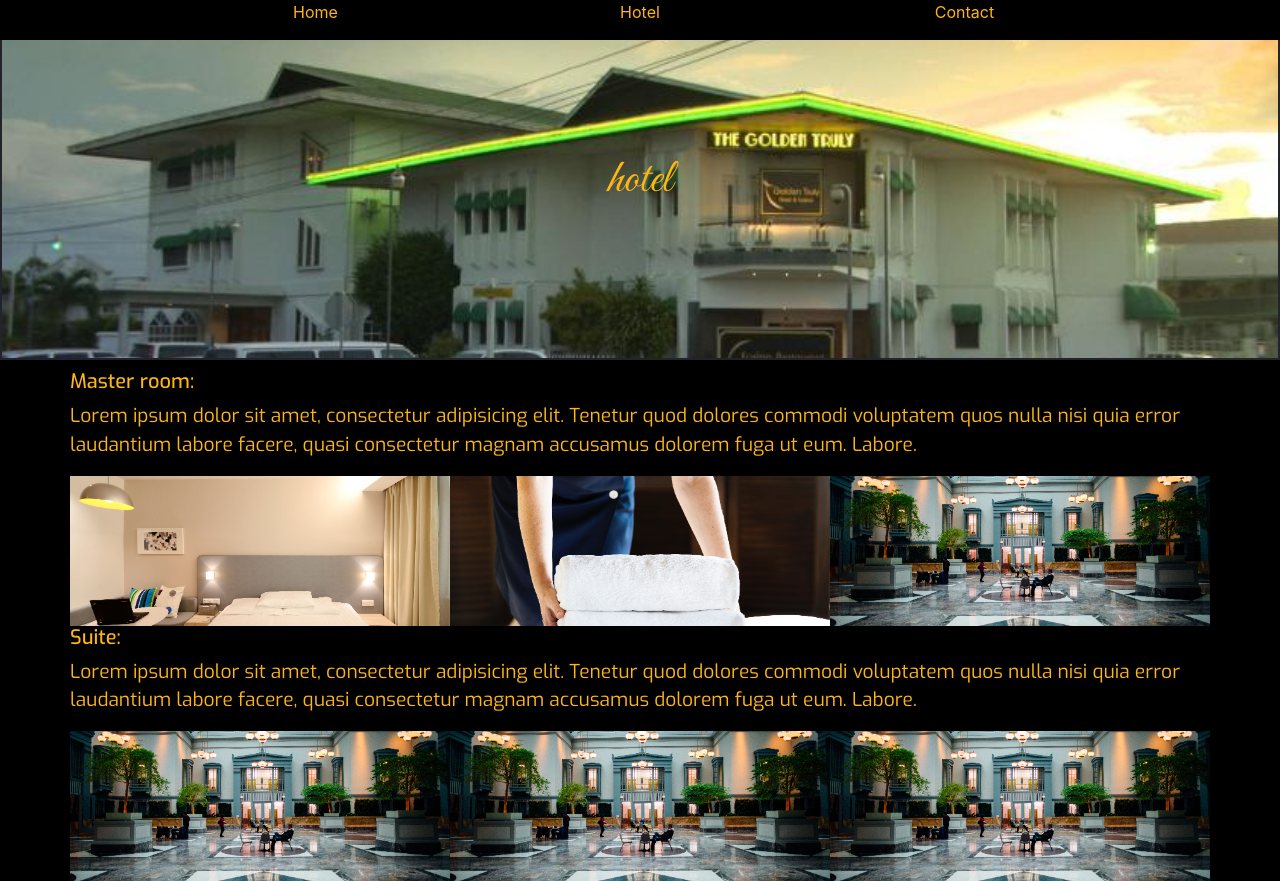
Repository: Code-Institute-Submissions/anthonycaf-Milestone1
Page: hotel.html
The author's editor kept a record of every edit. The page is drawn from the files as they stood at one moment, then again after the next edit.
The browser window is 1280 px wide. The pictures show the part of the page from y = 0 to 881 px (the page is 1482 px tall).
Pictures or frames that could not be fetched are drawn as grey boxes.

Above is the page before.

After the next edit:
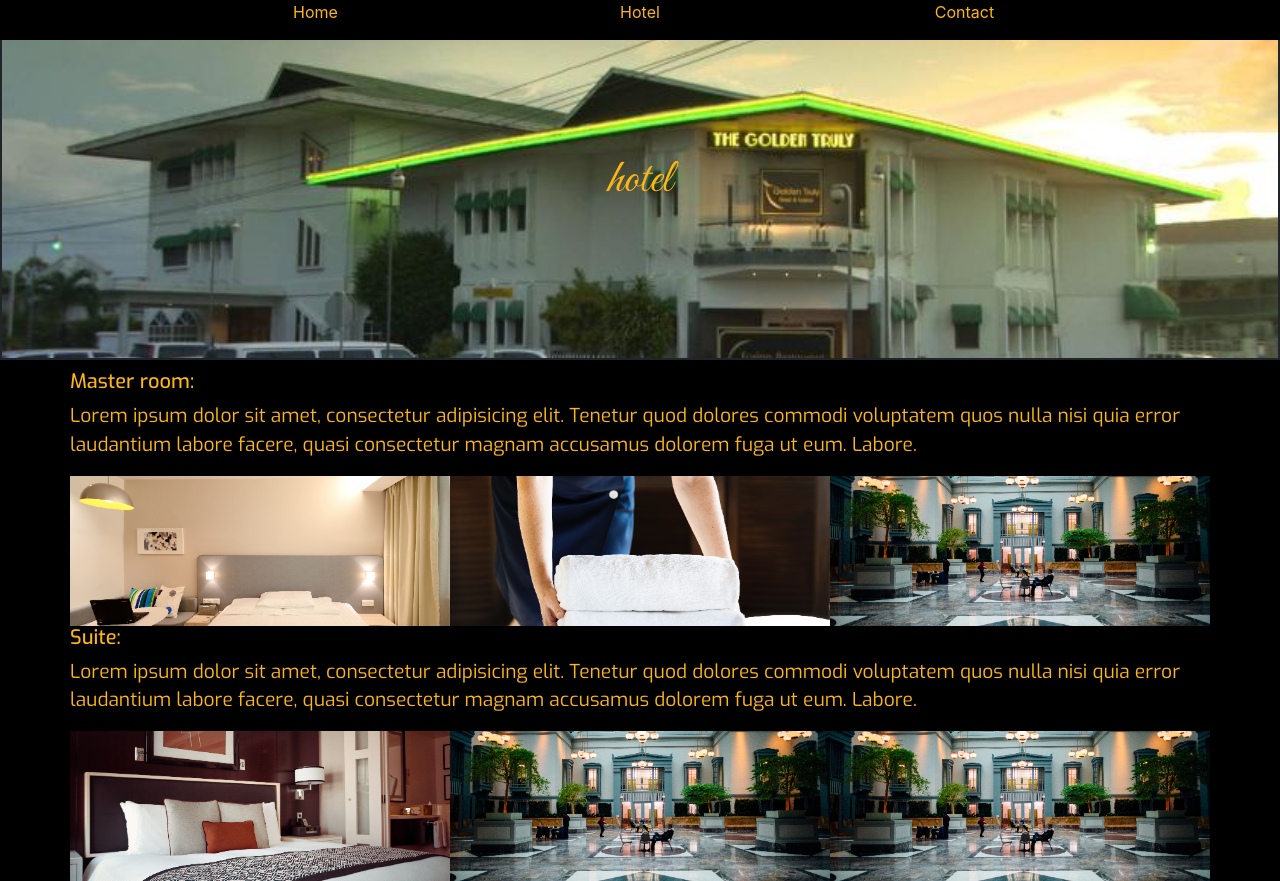
The edit:
--- a/css/style.css
+++ b/css/style.css
@@ -150,7 +150,7 @@
   background-image: url(../images/design-lobby-ceiling.jpg);
 }
 .suite-img1 {
- background-image: url(../images/design-lobby-ceiling.jpg);
+ background-image: url(../images/suit1.jpg);
 }
 .suite-img2 {
  background-image: url(../images/design-lobby-ceiling.jpg);
